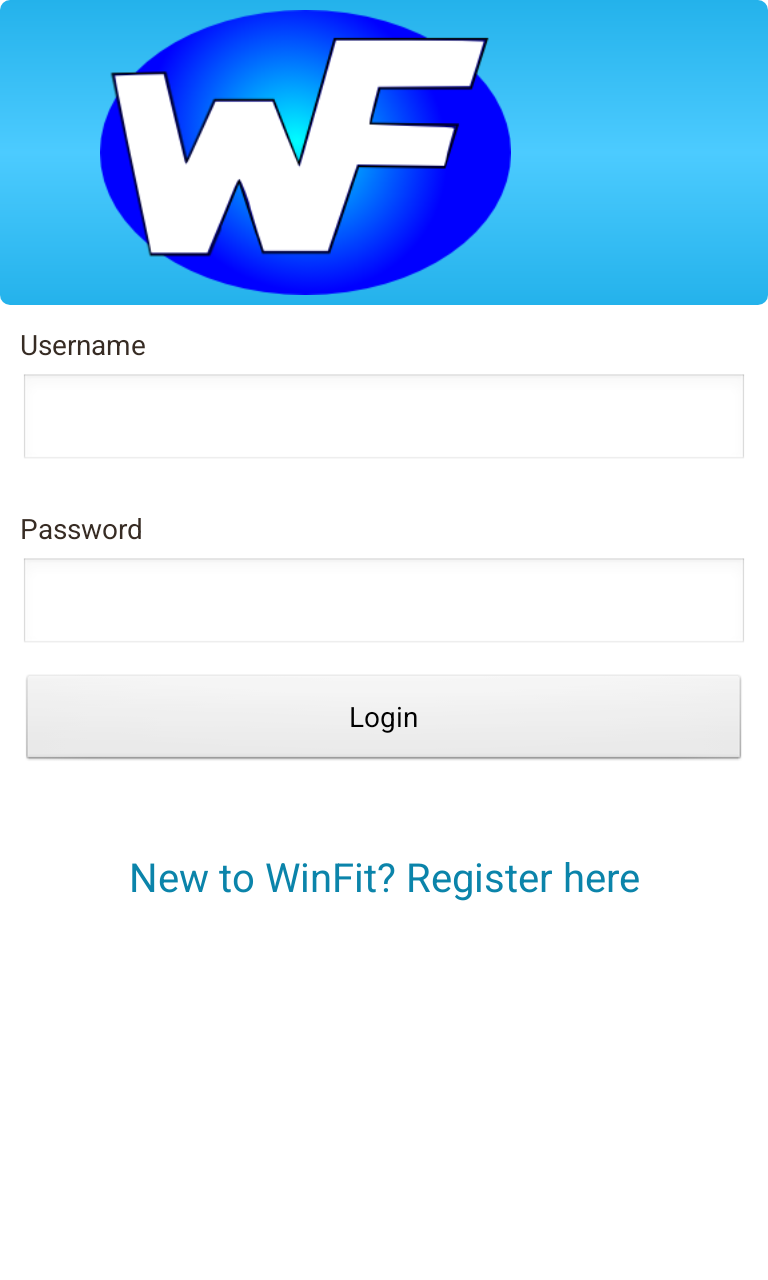
Repository: jwisch91/CS390-Project
Layout: workspace/testing/res/layout/login.xml
These files come from the project's save history. The layout is drawn as it stood at one moment and after the next save; the edit follows.
It is drawn on a 768 x 1280 px phone screen (xhdpi) without system bars, with theme android:Theme.NoTitleBar; the app's code is not run.

Above is the layout before, as saved 2013-03-31 22:05:51.

### workspace/testing/res/layout/login.xml
<?xml version="1.0" encoding="utf-8"?>
<ScrollView
  xmlns:android="http://schemas.android.com/apk/res/android"
  android:layout_width="fill_parent"
  android:layout_height="fill_parent"
  android:fillViewport="true">
  <RelativeLayout
        android:layout_width="fill_parent"
        android:layout_height="wrap_content"
        android:background="#ffffff">

        <!--  Header  Starts-->
        <LinearLayout android:id="@+id/header"
                android:layout_width="fill_parent"
                android:layout_height="wrap_content"
                android:background="@layout/header_gradient"
                android:paddingTop="5dip"
                android:paddingBottom="5dip">
                <!-- Logo Start-->

            <ImageView
                android:layout_width="wrap_content"
                android:layout_height="wrap_content"
                android:layout_marginLeft="50dip"
                android:src="@drawable/logo" />

                <!-- Logo Ends -->
        </LinearLayout>
        <!--  Header Ends -->
        <!-- Footer Start -->
        <!-- <LinearLayout android:id="@+id/footer"
                android:layout_width="fill_parent"
                android:layout_height="90dip"
                android:background="@layout/footer_repeat"
                android:layout_alignParentBottom="true">
        </LinearLayout>-->
        <!-- Footer Ends -->

        <!-- Login Form -->
        <LinearLayout
          android:orientation="vertical"
          android:layout_width="match_parent"
          android:layout_height="wrap_content"
          android:padding="10dip"
          android:layout_below="@id/header">
          <!--  Email Label -->
          <TextView android:layout_width="fill_parent"
                android:layout_height="wrap_content"
                android:textColor="#372c24"
                android:text="Username"/>
          <EditText android:layout_width="fill_parent"
                android:layout_height="wrap_content"
                android:layout_marginTop="5dip"
                android:layout_marginBottom="20dip"
                android:singleLine="true"/>
          <!--  Password Label -->
          <TextView android:layout_width="fill_parent"
                android:layout_height="wrap_content"
                android:textColor="#372c24"
                android:text="Password"/>
          <EditText android:layout_width="fill_parent"
                android:layout_height="wrap_content"
                android:layout_marginTop="5dip"
                android:singleLine="true"
                android:password="true"/>
          <!-- Login button -->
          <Button android:id="@+id/btnLogin"
                android:layout_width="fill_parent"
                android:layout_height="wrap_content"
                android:layout_marginTop="10dip"
                android:text="Login"/>
          <!-- Link to Registration Screen -->
          <TextView android:id="@+id/link_to_register"
                android:layout_width="fill_parent"
                android:layout_height="wrap_content"
                android:layout_marginTop="40dip"
                android:layout_marginBottom="40dip"
                android:text="New to WinFit? Register here"
                android:gravity="center"
                android:textSize="20dip"
                android:textColor="#0b84aa"/>

        </LinearLayout>
        <!-- Login Form Ends -->
  </RelativeLayout>
</ScrollView>

### workspace/testing/res/layout/footer_repeat.xml
<?xml version="1.0" encoding="utf-8"?>
<bitmap xmlns:android="http://schemas.android.com/apk/res/android"
    android:src="@drawable/repeat_bg"
    android:tileMode="repeat" />

Loaded but not shown: workspace/testing/res/layout/header_gradient.xml (common file)

After the next save:
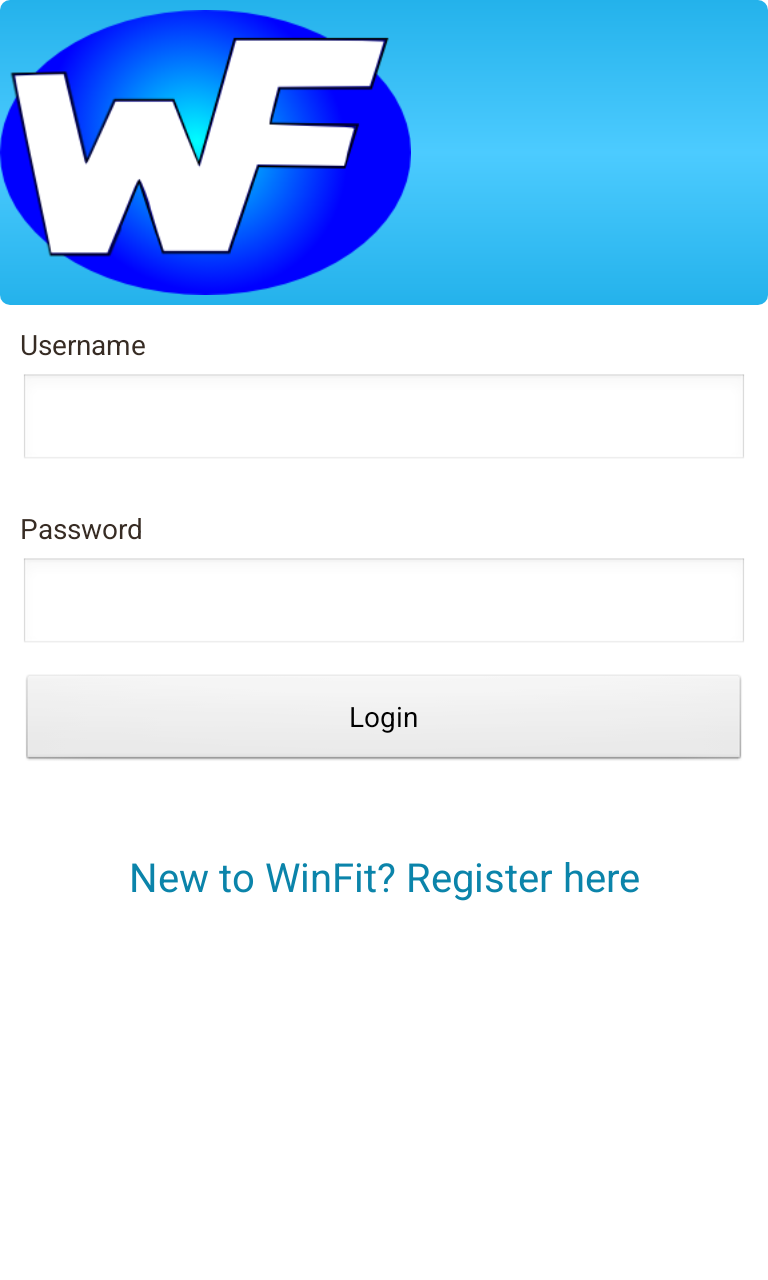
Saved 46 s later.
--- a/workspace/testing/res/layout/login.xml
+++ b/workspace/testing/res/layout/login.xml
@@ -21,7 +21,7 @@
             <ImageView
                 android:layout_width="wrap_content"
                 android:layout_height="wrap_content"
-                android:layout_marginLeft="50dip"
+                android:scaleType="centerInside"
                 android:src="@drawable/logo" />
 
                 <!-- Logo Ends -->
